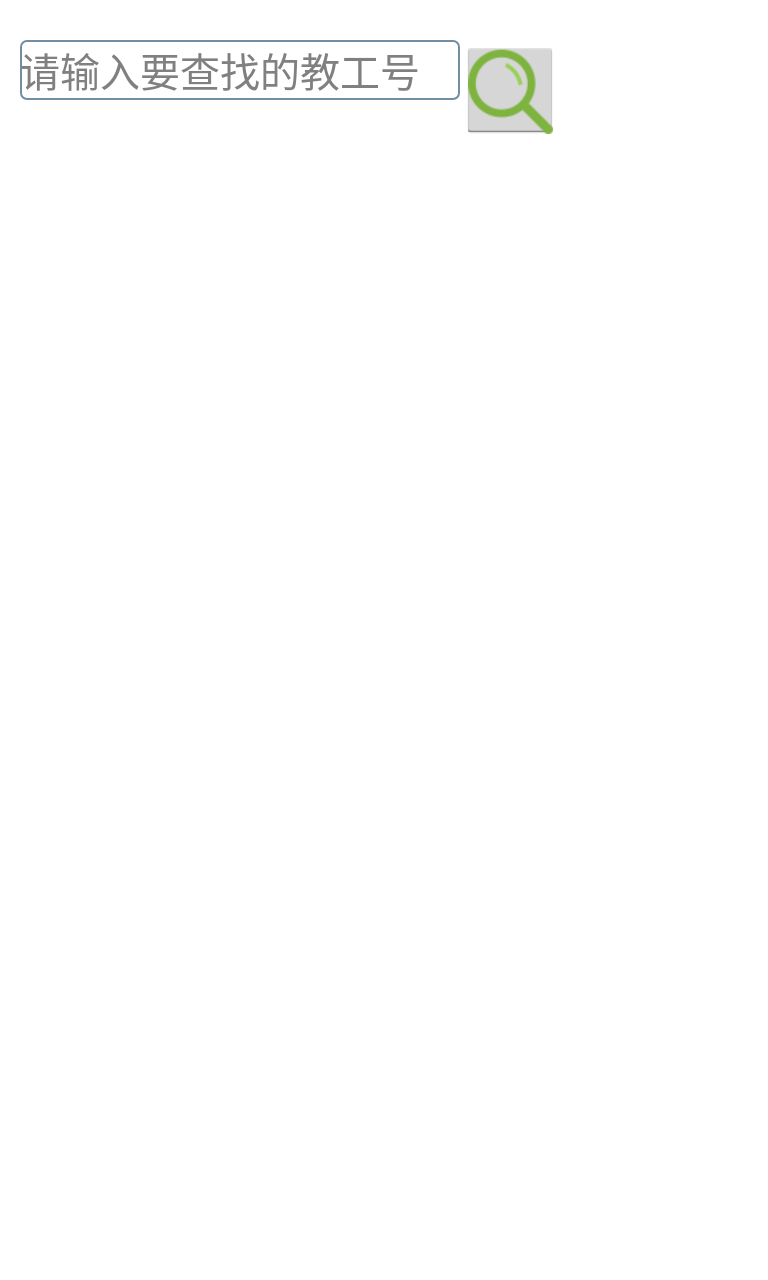
Repository: 15862175370/MyProject
Layout: 毕业设计系统源码_李伟/client/TeachSystem/res/layout/serchteacher.xml
The author's editor kept a copy of each file at every save. The layout is drawn from the files as they stood at one save, then again after the next save.
It is drawn on a 768 x 1280 px phone screen (xhdpi) without system bars, with theme AppTheme; the app's code is not run. Lists and similar views that code fills are empty.

Above is the layout before, as saved 2016-05-20 10:19:22.

After the next save:
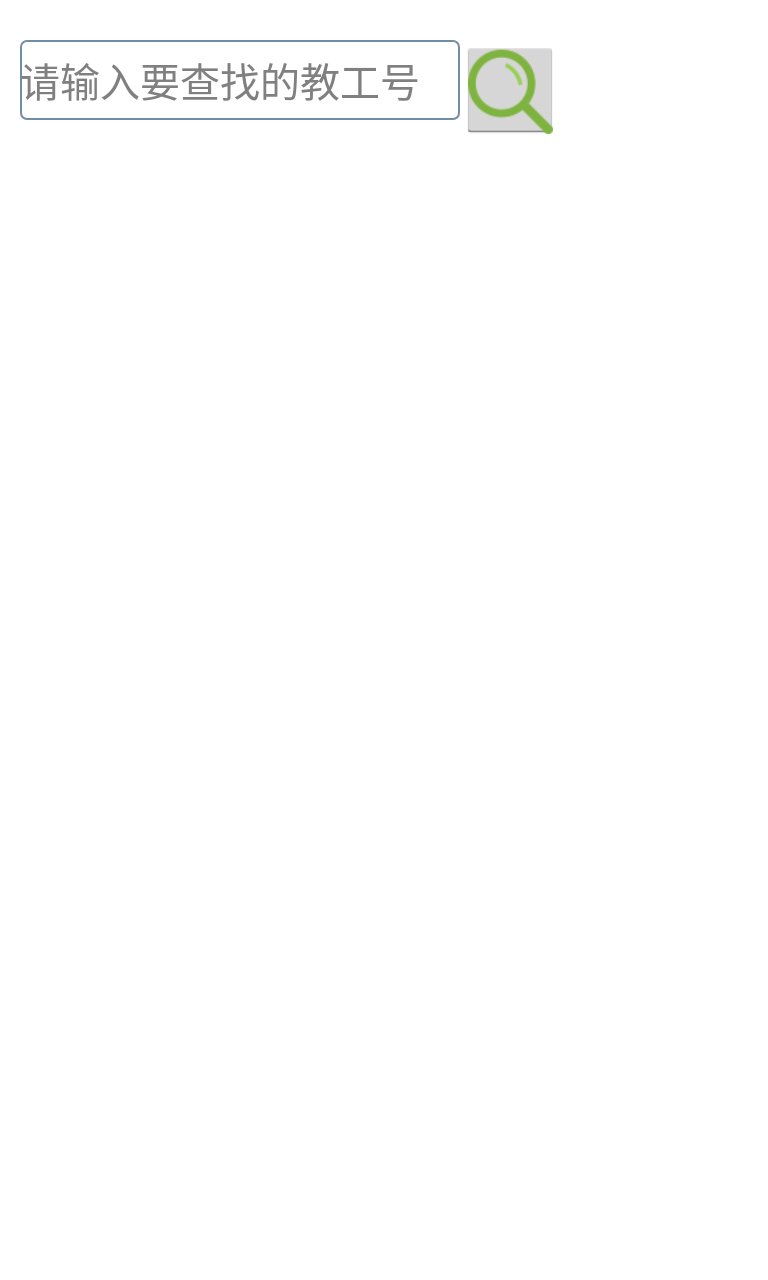
Saved 10 s later.
--- a/毕业设计系统源码_李伟/client/TeachSystem/res/layout/serchteacher.xml
+++ b/毕业设计系统源码_李伟/client/TeachSystem/res/layout/serchteacher.xml
@@ -17,7 +17,7 @@
             android:layout_marginLeft="10dp"
             android:id="@+id/myteacher_tname"
          android:layout_width="220dp"
-         android:layout_height="30dp"
+         android:layout_height="40dp"
           android:textSize="20dp"
          android:background="@drawable/biankuang"
             />
